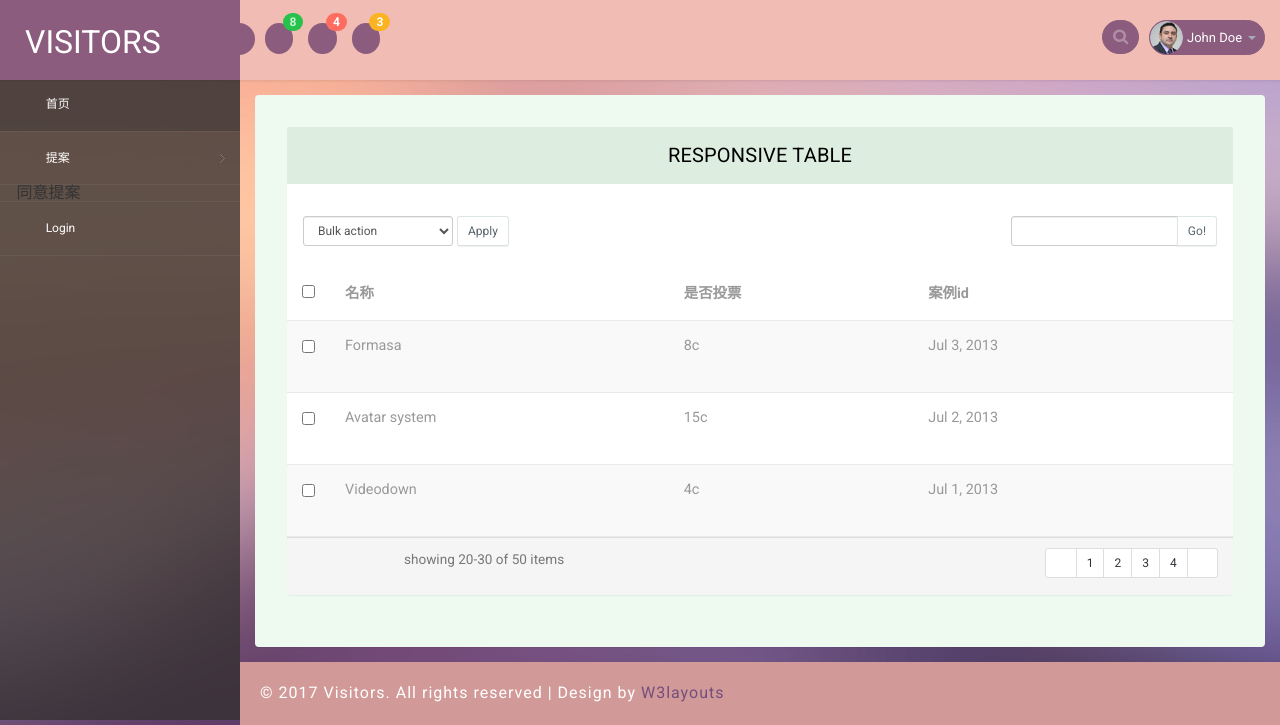
Repository: YU-YUEHAO/Lastwork
Page: DAPP/views/responsive_table.html
An editor plug-in stored every save of this project. The page is shown before and after the next save, followed by the edit.
The browser window is 1280 px wide. The pictures show the whole page.
Some web fonts or font styles are not loaded; a fallback is used.

Above is the page before, as saved 2021-12-01 15:48:24.

### DAPP/views/responsive_table.html
<!--A Design by W3layouts
Author: W3layout
Author URL: http://w3layouts.com
License: Creative Commons Attribution 3.0 Unported
License URL: http://creativecommons.org/licenses/by/3.0/
-->
<!DOCTYPE html>
<head>
<title>Visitors an Admin Panel Category Bootstrap Responsive Website Template | Basic_table :: w3layouts</title>
<meta name="viewport" content="width=device-width, initial-scale=1">
<meta http-equiv="Content-Type" content="text/html; charset=utf-8" />
<meta name="keywords" content="Visitors Responsive web template, Bootstrap Web Templates, Flat Web Templates, Android Compatible web template,
Smartphone Compatible web template, free webdesigns for Nokia, Samsung, LG, SonyEricsson, Motorola web design" />
<script type="application/x-javascript"> addEventListener("load", function() { setTimeout(hideURLbar, 0); }, false); function hideURLbar(){ window.scrollTo(0,1); } </script>
<!-- bootstrap-css -->
<link rel="stylesheet" href="css/bootstrap.min.css" >
<!-- //bootstrap-css -->
<!-- Custom CSS -->
<link href="css/style.css" rel='stylesheet' type='text/css' />
<link href="css/style-responsive.css" rel="stylesheet"/>
<!-- font CSS -->
<link href='//fonts.googleapis.com/css?family=Roboto:400,100,100italic,300,300italic,400italic,500,500italic,700,700italic,900,900italic' rel='stylesheet' type='text/css'>
<!-- font-awesome icons -->
<link rel="stylesheet" href="css/font.css" type="text/css"/>
<link href="css/font-awesome.css" rel="stylesheet">
<!-- //font-awesome icons -->
<script src="js/jquery2.0.3.min.js"></script>
</head>
<body>
<section id="container">
<!--header start-->
<header class="header fixed-top clearfix">
<!--logo start-->
<div class="brand">

    <a href="index.html" class="logo">
        VISITORS
    </a>
    <div class="sidebar-toggle-box">
        <div class="fa fa-bars"></div>
    </div>
</div>
<!--logo end-->

<div class="nav notify-row" id="top_menu">
    <!--  notification start -->
    <ul class="nav top-menu">
        <!-- settings start -->
        <li class="dropdown">
            <a data-toggle="dropdown" class="dropdown-toggle" href="#">
                <i class="fa fa-tasks"></i>
                <span class="badge bg-success">8</span>
            </a>
            <ul class="dropdown-menu extended tasks-bar">
                <li>
                    <p class="">You have 8 pending tasks</p>
                </li>
                <li>
                    <a href="#">
                        <div class="task-info clearfix">
                            <div class="desc pull-left">
                                <h5>Target Sell</h5>
                                <p>25% , Deadline  12 June’13</p>
                            </div>
                                    <span class="notification-pie-chart pull-right" data-percent="45">
                            <span class="percent"></span>
                            </span>
                        </div>
                    </a>
                </li>
                <li>
                    <a href="#">
                        <div class="task-info clearfix">
                            <div class="desc pull-left">
                                <h5>Product Delivery</h5>
                                <p>45% , Deadline  12 June’13</p>
                            </div>
                                    <span class="notification-pie-chart pull-right" data-percent="78">
                            <span class="percent"></span>
                            </span>
                        </div>
                    </a>
                </li>
                <li>
                    <a href="#">
                        <div class="task-info clearfix">
                            <div class="desc pull-left">
                                <h5>Payment collection</h5>
                                <p>87% , Deadline  12 June’13</p>
                            </div>
                                    <span class="notification-pie-chart pull-right" data-percent="60">
                            <span class="percent"></span>
                            </span>
                        </div>
                    </a>
                </li>
                <li>
                    <a href="#">
                        <div class="task-info clearfix">
                            <div class="desc pull-left">
                                <h5>Target Sell</h5>
                                <p>33% , Deadline  12 June’13</p>
                            </div>
                                    <span class="notification-pie-chart pull-right" data-percent="90">
                            <span class="percent"></span>
                            </span>
                        </div>
                    </a>
                </li>

                <li class="external">
                    <a href="#">See All Tasks</a>
                </li>
            </ul>
        </li>
        <!-- settings end -->
        <!-- inbox dropdown start-->
        <li id="header_inbox_bar" class="dropdown">
            <a data-toggle="dropdown" class="dropdown-toggle" href="#">
                <i class="fa fa-envelope-o"></i>
                <span class="badge bg-important">4</span>
            </a>
            <ul class="dropdown-menu extended inbox">
                <li>
                    <p class="red">You have 4 Mails</p>
                </li>
                <li>
                    <a href="#">
                        <span class="photo"><img alt="avatar" src="images/3.png"></span>
                                <span class="subject">
                                <span class="from">Jonathan Smith</span>
                                <span class="time">Just now</span>
                                </span>
                                <span class="message">
                                    Hello, this is an example msg.
                                </span>
                    </a>
                </li>
                <li>
                    <a href="#">
                        <span class="photo"><img alt="avatar" src="images/1.png"></span>
                                <span class="subject">
                                <span class="from">Jane Doe</span>
                                <span class="time">2 min ago</span>
                                </span>
                                <span class="message">
                                    Nice admin template
                                </span>
                    </a>
                </li>
                <li>
                    <a href="#">
                        <span class="photo"><img alt="avatar" src="images/3.png"></span>
                                <span class="subject">
                                <span class="from">Tasi sam</span>
                                <span class="time">2 days ago</span>
                                </span>
                                <span class="message">
                                    This is an example msg.
                                </span>
                    </a>
                </li>
                <li>
                    <a href="#">
                        <span class="photo"><img alt="avatar" src="images/2.png"></span>
                                <span class="subject">
                                <span class="from">Mr. Perfect</span>
                                <span class="time">2 hour ago</span>
                                </span>
                                <span class="message">
                                    Hi there, its a test
                                </span>
                    </a>
                </li>
                <li>
                    <a href="#">See all messages</a>
                </li>
            </ul>
        </li>
        <!-- inbox dropdown end -->
        <!-- notification dropdown start-->
        <li id="header_notification_bar" class="dropdown">
            <a data-toggle="dropdown" class="dropdown-toggle" href="#">

                <i class="fa fa-bell-o"></i>
                <span class="badge bg-warning">3</span>
            </a>
            <ul class="dropdown-menu extended notification">
                <li>
                    <p>Notifications</p>
                </li>
                <li>
                    <div class="alert alert-info clearfix">
                        <span class="alert-icon"><i class="fa fa-bolt"></i></span>
                        <div class="noti-info">
                            <a href="#"> Server #1 overloaded.</a>
                        </div>
                    </div>
                </li>
                <li>
                    <div class="alert alert-danger clearfix">
                        <span class="alert-icon"><i class="fa fa-bolt"></i></span>
                        <div class="noti-info">
                            <a href="#"> Server #2 overloaded.</a>
                        </div>
                    </div>
                </li>
                <li>
                    <div class="alert alert-success clearfix">
                        <span class="alert-icon"><i class="fa fa-bolt"></i></span>
                        <div class="noti-info">
                            <a href="#"> Server #3 overloaded.</a>
                        </div>
                    </div>
                </li>

            </ul>
        </li>
        <!-- notification dropdown end -->
    </ul>
    <!--  notification end -->
</div>
<div class="top-nav clearfix">
    <!--search & user info start-->
    <ul class="nav pull-right top-menu">
        <li>
            <input type="text" class="form-control search" placeholder=" Search">
        </li>
        <!-- user login dropdown start-->
        <li class="dropdown">
            <a data-toggle="dropdown" class="dropdown-toggle" href="#">
                <img alt="" src="images/2.png">
                <span class="username">John Doe</span>
                <b class="caret"></b>
            </a>
            <ul class="dropdown-menu extended logout">
                <li><a href="#"><i class=" fa fa-suitcase"></i>Profile</a></li>
                <li><a href="#"><i class="fa fa-cog"></i> Settings</a></li>
                <li><a href="login.html"><i class="fa fa-key"></i> Log Out</a></li>
            </ul>
        </li>
        <!-- user login dropdown end -->

    </ul>
    <!--search & user info end-->
</div>
</header>
<!--header end-->
<!--sidebar start-->
<aside>
    <div id="sidebar" class="nav-collapse">
        <!-- sidebar menu start-->
        <div class="leftside-navigation">
            <ul class="sidebar-menu" id="nav-accordion">
                <li>
                    <a class="active" href="http://localhost:3000/index2">
                        <i class="fa fa-dashboard"></i>
                        <span>首页</span>
                    </a>
                </li>

                <li class="sub-menu">
                    <a href="javascript:;">
                        <i class="fa fa-th"></i>
                        <span>提案</span>
                    </a>
                    <ul class="sub">
                        <li><a href="http://localhost:3000/basic_table">发起提案</a></li>
                        <li><a href="http://localhost:3000/responsive_table">查看提案</a></li>
                    </ul>
                </li>
                <li class="sub-menu">

                        <i class="fa fa-tasks"></i>
                        <span>同意提案</span>

                    <ul class="sub">

                        <li><a href="form_validation.html">操作</a></li>

                    </ul>
                </li>
                <li>
                    <a href="login.html">
                        <i class="fa fa-user"></i>
                        <span>Login</span>
                    </a>
                </li>
            </ul>            </div>
        <!-- sidebar menu end-->
    </div>
</aside>
<!--sidebar end-->
<!--main content start-->
<section id="main-content">
	<section class="wrapper">
		<div class="table-agile-info">
  <div class="panel panel-default">
    <div class="panel-heading">
      Responsive Table
    </div>
    <div class="row w3-res-tb">
      <div class="col-sm-5 m-b-xs">
        <select class="input-sm form-control w-sm inline v-middle">
          <option value="0">Bulk action</option>
          <option value="1">Delete selected</option>
          <option value="2">Bulk edit</option>
          <option value="3">Export</option>
        </select>
        <button class="btn btn-sm btn-default">Apply</button>
      </div>
      <div class="col-sm-4">
      </div>
      <div class="col-sm-3">
        <div class="input-group">
          <input type="text" class="input-sm form-control" placeholder="Search">
          <span class="input-group-btn">
            <button class="btn btn-sm btn-default" type="button">Go!</button>
          </span>
        </div>
      </div>
    </div>
    <div class="table-responsive">
      <table class="table table-striped b-t b-light">
        <thead>
          <tr>
            <th style="width:20px;">
              <label class="i-checks m-b-none">
                <input type="checkbox"><i></i>
              </label>
            </th>
            <th>名称</th>
            <th>是否投票</th>
            <th>案例id</th>
            <th style="width:30px;"></th>
          </tr>
        </thead>
        <tbody>


          <tr>
            <td><label class="i-checks m-b-none"><input type="checkbox" name="post[]"><i></i></label></td>
            <td>Formasa</td>
            <td>8c</td>
            <td>Jul 3, 2013</td>
            <td>
              <a href="" class="active" ui-toggle-class=""><i class="fa fa-check text-success text-active"></i><i class="fa fa-times text-danger text"></i></a>
            </td>
          </tr>
          <tr>
            <td><label class="i-checks m-b-none"><input type="checkbox" name="post[]"><i></i></label></td>
            <td>Avatar system</td>
            <td>15c</td>
            <td>Jul 2, 2013</td>
            <td>
              <a href="" class="active" ui-toggle-class=""><i class="fa fa-check text-success text-active"></i><i class="fa fa-times text-danger text"></i></a>
            </td>
          </tr>
          <tr>
            <td><label class="i-checks m-b-none"><input type="checkbox" name="post[]"><i></i></label></td>
            <td>Videodown</td>
            <td>4c</td>
            <td>Jul 1, 2013</td>
            <td>
              <a href="" class="active" ui-toggle-class=""><i class="fa fa-check text-success text-active"></i><i class="fa fa-times text-danger text"></i></a>
            </td>
          </tr>
        </tbody>
      </table>
    </div>
    <footer class="panel-footer">
      <div class="row">

        <div class="col-sm-5 text-center">
          <small class="text-muted inline m-t-sm m-b-sm">showing 20-30 of 50 items</small>
        </div>
        <div class="col-sm-7 text-right text-center-xs">
          <ul class="pagination pagination-sm m-t-none m-b-none">
            <li><a href=""><i class="fa fa-chevron-left"></i></a></li>
            <li><a href="">1</a></li>
            <li><a href="">2</a></li>
            <li><a href="">3</a></li>
            <li><a href="">4</a></li>
            <li><a href=""><i class="fa fa-chevron-right"></i></a></li>
          </ul>
        </div>
      </div>
    </footer>
  </div>
</div>
</section>
 <!-- footer -->
		  <div class="footer">
			<div class="wthree-copyright">
			  <p>© 2017 Visitors. All rights reserved | Design by <a href="http://w3layouts.com">W3layouts</a></p>
			</div>
		  </div>
  <!-- / footer -->
</section>

<!--main content end-->
</section>
<script src="js/bootstrap.js"></script>
<script src="js/jquery.dcjqaccordion.2.7.js"></script>
<script src="js/scripts.js"></script>
<script src="js/jquery.slimscroll.js"></script>
<script src="js/jquery.nicescroll.js"></script>
<!--[if lte IE 8]><script language="javascript" type="text/javascript" src="js/flot-chart/excanvas.min.js"></script><![endif]-->
<script src="js/jquery.scrollTo.js"></script>
</body>
</html>

### DAPP/public/css/style-responsive.css
@media (min-width: 768px) and (max-width: 980px) {
    /*-*/
    .prd-row .action {
        right: 25px;
    }

    .hr-menu .brand{
        width: 100%;
    }

    .hr-menu .horizontal-menu {
        margin: 10px 0;
    }

    .hr-menu .hr-top-nav {
        margin-top: 10px;
        float: right;
    }
    .media-gal .item {
        width: 100%;
    }

    .media-filter {
        margin: 25px 0;
    }
}

@media (min-width: 480px) and (max-width: 767px) {
  .header{
    position: relative! important;
    margin-top: 80px ! important;
}
    .merge-header{
        margin-right: 0px !important;
    }
.brand{
    width: 100%;
    float: none;
    position: fixed;
    top: 0px;
    z-index: 1005;
}
    .sidebar-toggle-box{
        right: 10px;
    }
    .top-nav{
        margin-bottom: 20px;
    }
    .top-menu{
        margin-right: 10px;
    }
    .wrapper{
        margin-top: 0px;
    }
    ul.sidebar-menu {
        margin-top: 0px;
    }
    #sidebar{
        position: fixed !important;
        z-index: 1002;
        top: 80px;
    }
    #main-content{
        margin-left: 0px;
    }
    /*calendar*/
    .fc-button-inner {
        padding: 0;
    }
    /*-*/
    .prd-row .action {
        right: 25px;
    }

    .weather-full-info ul li {
        width: 15.8%;
    }

    .today-status {
        margin-bottom: 10px;
    }

    .hr-toggle {
        background: #32D2C9;
        color: rgba(0, 0, 0, 0.3);
        border-radius: 50%;
        -webkit-border-radius: 50%;
        height: 30px;
        line-height: 0;
        margin-top: -58px;
        position: fixed;
        right: 10px;
        width: 30px;
        z-index: 10000;
    }

    .hr-top-nav {
        display: inline-block;
        float: right;
        margin: 10px 0;
    }

    .horizontal-menu {
        width: 100%;
    }

    .horizontal-menu .navbar-nav > li {
        margin-bottom: 10px;
    }
    .lock-wrapper {
        padding: 0 20px;
    }

    .lock-wrapper img {
        width: 140px;
        height: 140px;
        margin-top: 10px;
    }

    .lock-pwd input {
        width: 70%;
    }

    #time {
        font-size: 100px;
    }
    .media-gal .item {
        width: 100%;
    }
    .media-filter {
        margin: 25px 0;
    }

    .media-filter + .pull-right, .media-filter + .pull-right + .btn  {
        float: left !important;
    }


}
@media (max-width:767px){

    .fixed-width #container, .fixed-width #container .header {
        width: 100%;
    }

    #sidebar{
        margin-left:-240px;
        -webkit-transition:all .3s ease-in-out;
        -moz-transition:all .3s ease-in-out;
        -o-transition:all .3s ease-in-out;
        transition:all .3s ease-in-out;
    }
    .hide-left-bar {
        margin-left:0px!important;
    }
    ul.sidebar-menu{
        padding-top: 0px;
    }
    /*-*/
    .prd-row .action {
        right: 25px;
    }
    .lock-wrapper {
        padding: 0 20px;
    }
    .lock-wrapper img {
        width: 140px;
        height: 140px;
        margin-top: 10px;
    }
    .lock-pwd input {
        width: 70%;
    }

    #time {
        font-size: 100px;
    }

    .media-gal .item {
        width: 100%;
    }
    .media-filter {
        margin: 25px 0;
    }

    .media-filter + .pull-right, .media-filter + .pull-right + .btn  {
        float: left !important;
    }

}
@media (max-width: 479px) {
    body{
        margin-top:80px !important;
    }
    .header{
        position: relative !important;

    }
    .merge-header{
        margin-right: 0px !important;
    }
    .brand{
        width: 100%;
        float: none;
        position: fixed;
        top: 0px;
        z-index: 1005;
    }
    .sidebar-toggle-box{
        right: 10px;
    }
    .top-nav{
        margin-bottom: 20px;
    }
    .top-menu{
        margin-right: 10px;
    }
    .wrapper{
        margin-top: 0px;
    }
    ul.sidebar-menu {
        margin-top: 0px;
    }
    #sidebar{
        position: fixed !important;
        z-index: 1002;
        top: 80px;
    }
    #main-content{
        margin-left: 0px;
    }
    .notify-row{
        float: none;
    }
    /*calendar*/
    .fc-button-inner, .fc-button-content {
        padding: 0;
    }
    .fc-header-title h2 {
        font-size: 12px!important;
    }
    .fc .fc-header-space {
        padding-left: 0;
    }
    .fc-state-active, .fc-state-active .fc-button-inner, .fc-state-active, .fc-button-today .fc-button-inner, .fc-state-hover, .fc-state-hover .fc-button-inner {
        background: none repeat scroll 0 0 #FFFFFF !important;
        color: #32323A !important;
    }
    .fc-state-default, .fc-state-default .fc-button-inner {
        background: none repeat scroll 0 0 #FFFFFF !important;
    }

    /*-*/
    .prd-row .action {
        right: 25px;
    }

    .weather-full-info ul li {
        width: 30%;
        margin-bottom: 10px;
    }

    .today-status {
        margin-bottom: 10px;
    }

    .hr-toggle {
        background: #32D2C9;
        color: rgba(0, 0, 0, 0.3);
        border-radius: 50%;
        -webkit-border-radius: 50%;
        height: 30px;
        line-height: 0;
        margin-top: -58px;
        position: fixed;
        right: 10px;
        width: 30px;
        z-index: 10000;
    }

    .hr-top-nav {
        display: inline-block;
        float: right;
        margin: 10px 0;
    }
    .horizontal-menu {
        width: 100%;
    }

    .horizontal-menu .navbar-nav > li {
        margin-bottom: 10px;
    }

    .lock-wrapper {
        padding: 0 20px;
    }
    .lock-wrapper img {
        width: 100px;
        height: 100px;
        margin-top: -25px;
    }

    .lock-pwd input {
        width: 70%;
    }

    #time {
        font-size: 50px;
    }

    .lock-pwd {
        padding: 0;
    }

    .media-gal .item {
        width: 100%;
    }

    .media-filter {
        margin: 5px 0;
    }

    .media-filter + .pull-right, .media-filter + .pull-right + .btn  {
        float: left !important;
    }

    .media-filter li a {
        margin-bottom: 10px;
        display: inline-block;
    }
}

Loaded but not shown: DAPP/public/css/bootstrap.min.css (library); DAPP/public/css/font.css (library); DAPP/public/css/font-awesome.css (library); DAPP/public/javascripts/jquery2.0.3.min.js (library); DAPP/public/javascripts/bootstrap.js (library); DAPP/public/javascripts/jquery.dcjqaccordion.2.7.js (library); DAPP/public/javascripts/jquery.slimscroll.js (library); DAPP/public/javascripts/jquery.nicescroll.js (library); DAPP/public/javascripts/jquery.scrollTo.js (library); DAPP/public/javascripts/scripts.js (290 lines, source omitted); DAPP/public/css/style.css (3146 lines, source omitted)

After the next save:
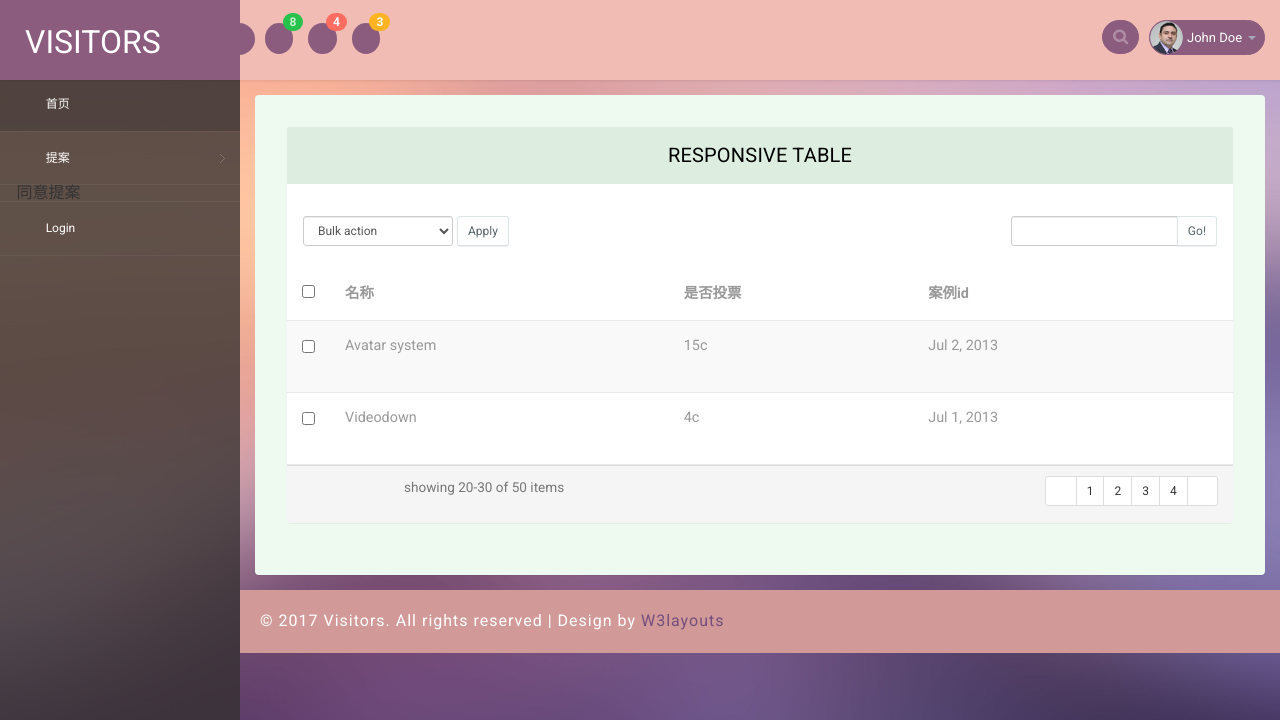
Saved 3 s later.
--- a/DAPP/views/responsive_table.html
+++ b/DAPP/views/responsive_table.html
@@ -338,15 +338,7 @@ Smartphone Compatible web template, free webdesigns for Nokia, Samsung, LG, Sony
         <tbody>
 
 
-          <tr>
-            <td><label class="i-checks m-b-none"><input type="checkbox" name="post[]"><i></i></label></td>
-            <td>Formasa</td>
-            <td>8c</td>
-            <td>Jul 3, 2013</td>
-            <td>
-              <a href="" class="active" ui-toggle-class=""><i class="fa fa-check text-success text-active"></i><i class="fa fa-times text-danger text"></i></a>
-            </td>
-          </tr>
+
           <tr>
             <td><label class="i-checks m-b-none"><input type="checkbox" name="post[]"><i></i></label></td>
             <td>Avatar system</td>
